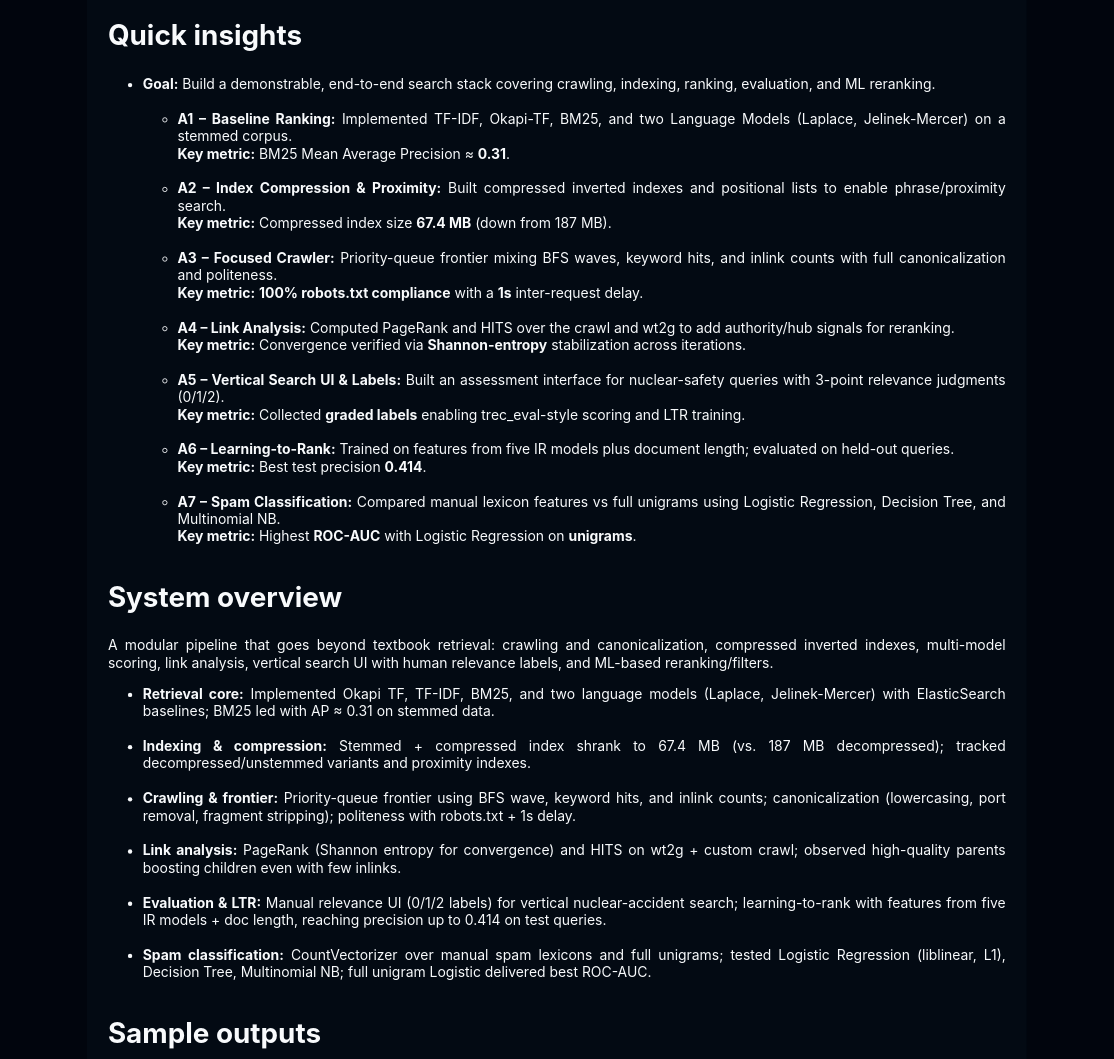
Repository: Abdulaziz-04/Abdulaziz-04.github.io
Page: deepdives/backend_systems/search_engine/search_engine.html
The author's editor kept a copy of each file at every save. The page is drawn from the files as they stood at one save, then again after the next save.
The browser window is 1280 px wide. The pictures show the part of the page from y = 852 to 2069 px (the page is 4661 px tall before and 4641 px after), at 87% of full size.
A picture or video elsewhere on the page could not be fetched, so the positions and the page height are approximate.

Above is the page before, as saved 2025-11-21 17:44:14.

After the next save:
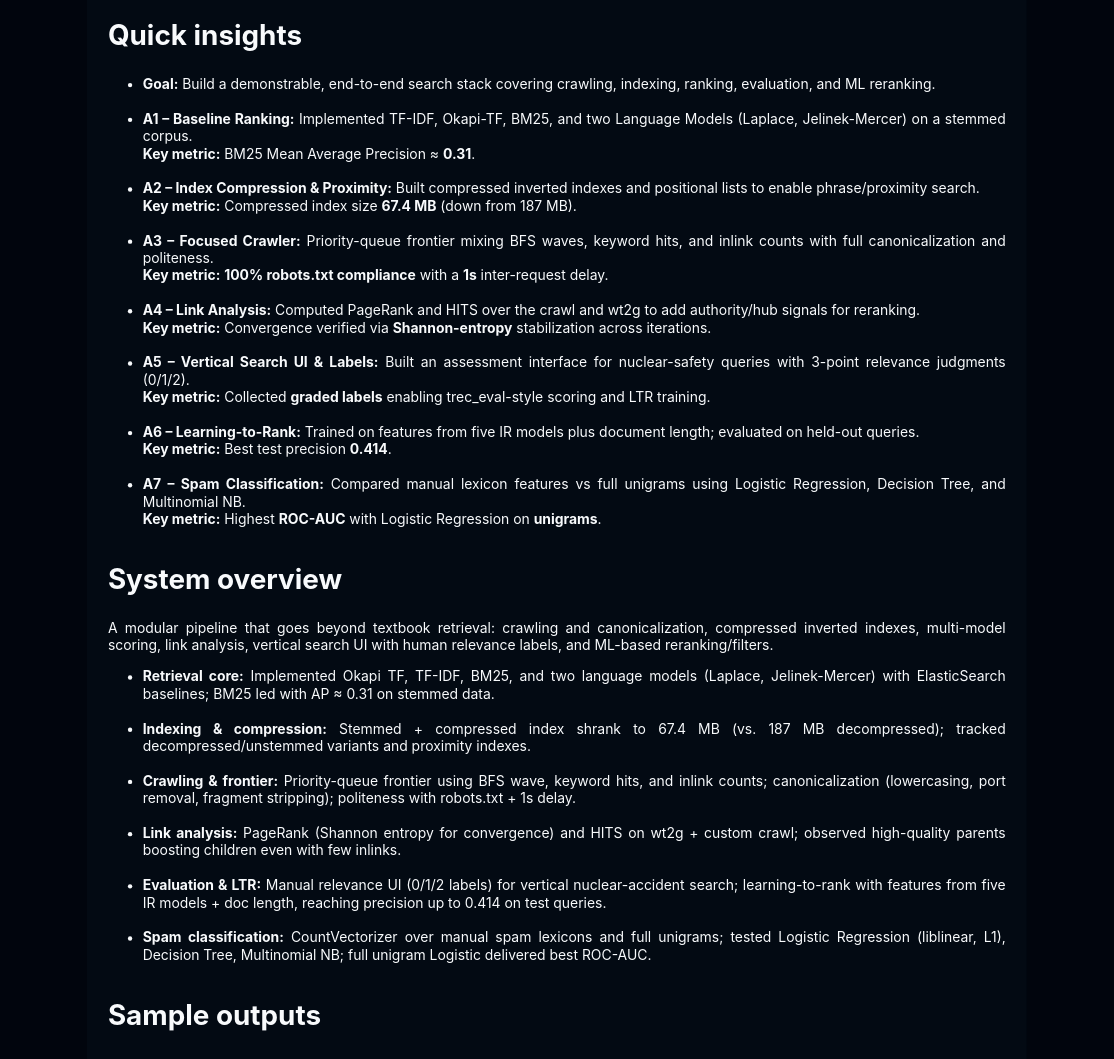
Saved 6 s later.
--- a/deepdives/backend_systems/search_engine/search_engine.html
+++ b/deepdives/backend_systems/search_engine/search_engine.html
@@ -77,7 +77,6 @@
             indexing, ranking, evaluation, and ML reranking.
           </li>
           <br />
-          <ul class="psr-list">
             <li>
               <strong>A1 – Baseline Ranking:</strong> Implemented TF-IDF,
               Okapi-TF, BM25, and two Language Models (Laplace, Jelinek-Mercer)
